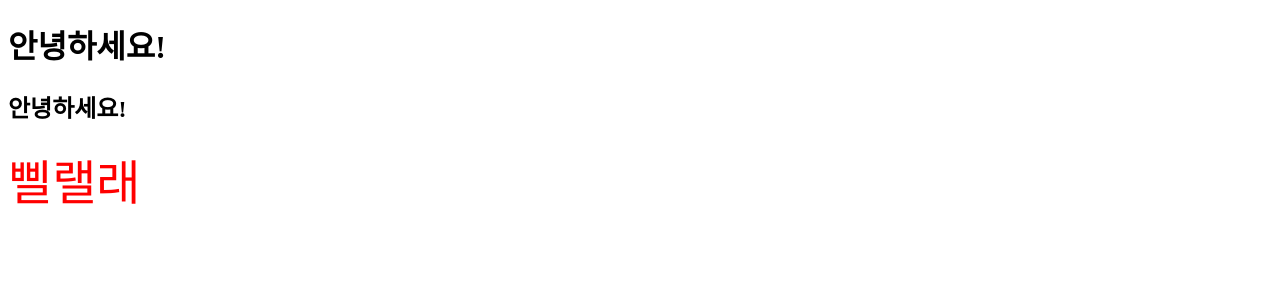
Repository: carminesteel/java
Page: 0403/ex03/WebContent/ex01.html
The author's editor kept a copy of each file at every save. The page is drawn from the files as they stood at one save, then again after the next save.
The browser window is 1280 px wide. The pictures show the whole page.

Above is the page before, as saved 2020-04-03 07:40:37.

After the next save:
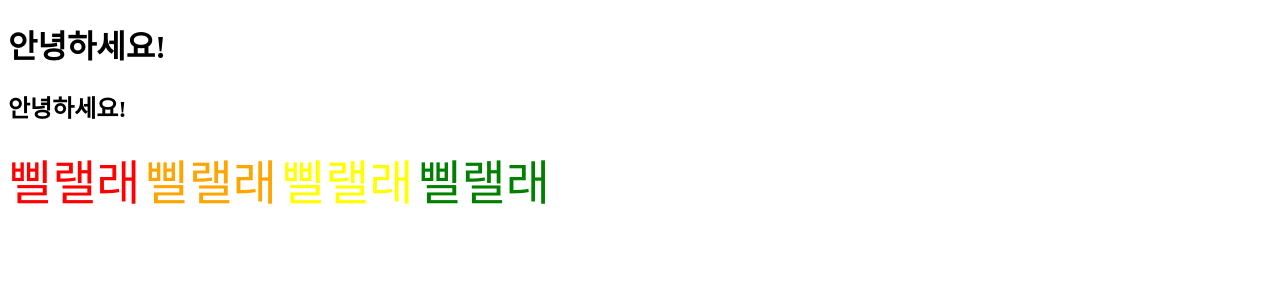
Saved 43 s later.
--- a/0403/ex03/WebContent/ex01.html
+++ b/0403/ex03/WebContent/ex01.html
@@ -8,5 +8,8 @@
 	<h1>안녕하세요!</h1>
 	<h2>안녕하세요!</h2>
 	<font color="red" size=30>삘랠래</font>
+	<font color="orange" size=30>삘랠래</font>
+	<font color="yellow" size=30>삘랠래</font>
+	<font color="green" size=30>삘랠래</font>
 </body>
 </html>
